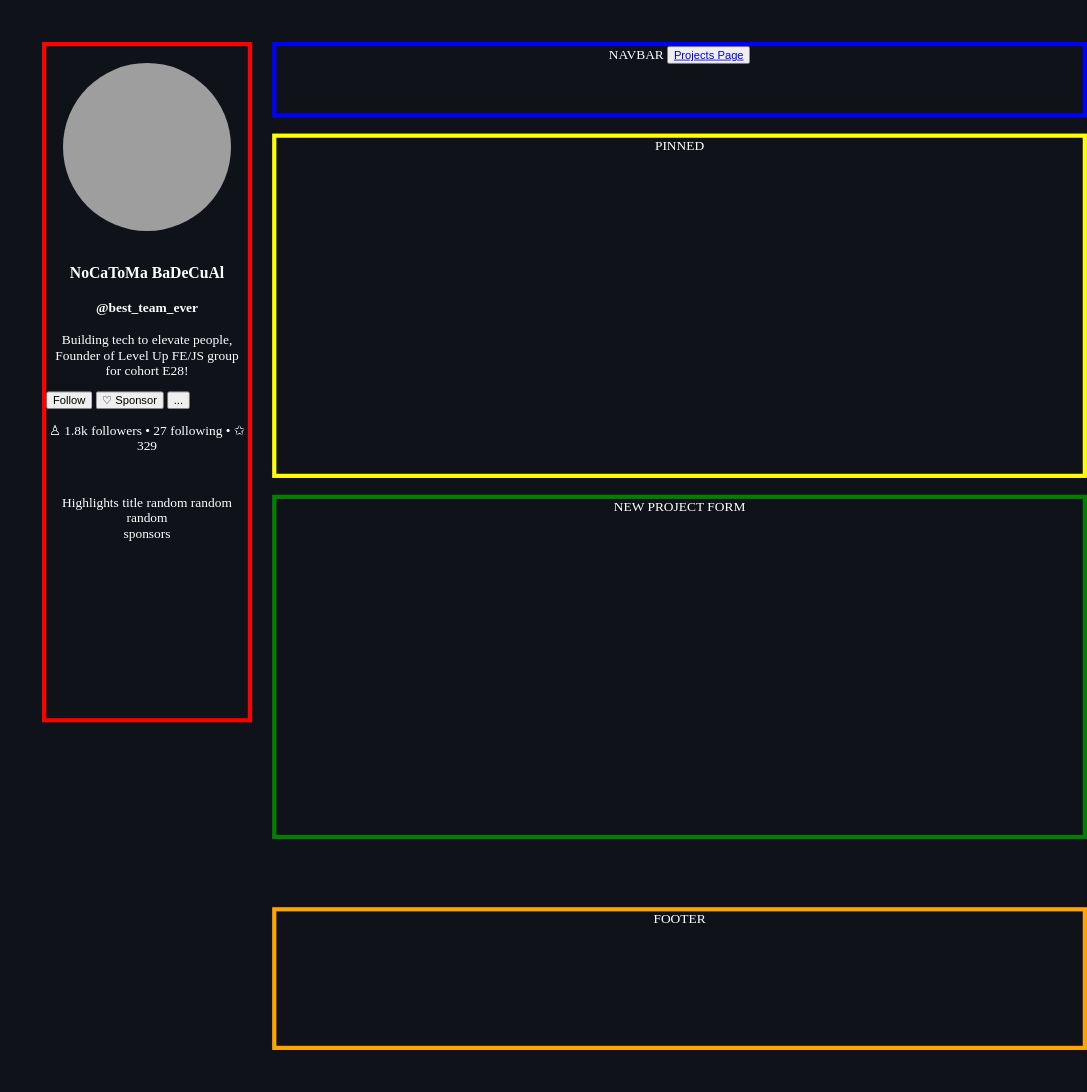
Repository: nss-evening-cohort-28/nss-evening-cohort-28-classroom-gitsub-Q1-project-gitsub
Page: index.html
An editor plug-in stored every save of this project. The page is shown before and after the next save, followed by the edit.
The browser window is 1280 px wide. The page is 1294 px wide, so the pictures cover 1294 px, including what lies to the right of the window. The pictures show the whole page, at 84% of full size.
Pictures or frames that could not be fetched are drawn as grey boxes.

Above is the page before, as saved 2024-08-07 20:12:11.

### index.html
<!DOCTYPE html>
<html lang="en">
<head>
    <meta charset="UTF-8">
    <meta name="viewport" content="width=device-width, initial-scale=1.0">
    <link rel="stylesheet" href="main.css">
    <title>Document</title>
</head>
<body>
    <div class="flexContainer">
        <div class="profile">
          <div class="top-section">
            <img src="https://media.tenor.com/GliBTZeL1kQAAAAM/%D0%BC%D0%BE%D0%B9-%D0%B4%D0%B5%D0%B4.gif" class="card-img-top" >
            <div>
            <h3>NoCaToMa BaDeCuAl</h3>
            <h4>@best_team_ever</h4>
            <p>Building tech to elevate people, Founder of Level Up FE/JS group for cohort E28!</p>
            </div>
            <div class="profile-section-buttons">
              <div class="d-grid gap-2 d-md-block">
                <button class="btn btn-primary" type="button">Follow</button>
                <button class="btn btn-primary" type="button">♡ Sponsor</button>
                <button class="btn btn-primary" type="button">...</button>
              </div>
            </div>
            <div class="profile-section-body">
              <p>♙ 1.8k followers • 27 following • ✩ 329</p>
              <br>
              <p></p>
            </div>
          </div>
          <div class="middle-section">
            Highlights title
            random
            random
            random
          </div>
          <div class="bottom-section">
            sponsors
          </div>
        </div>
        <div class="flexContainer">
            <div class="navBar">NAVBAR
              <button><a href="projects.html">
                Projects Page
              </a></button>
            </div>
            <div class="pinned">PINNED</div>
            <div class="newProject">NEW PROJECT FORM</div>
            <div class="footer">FOOTER</div>
        </div>
    </div>
    <script src="main.js"></script>
</body>
</html>

### main.css
body {
    background-color: #0F1218;
    text-align: center;
    margin: 50px;
    width: 1200px;
    color: white;
}

.flexContainer {
    display: flex;
    flex-wrap: wrap;
    flex-direction: column;
    max-width: 75rem;
    height: 75rem;
    gap: 2%;
}

.profile {
    border: 5px solid red;
    width: 15rem;
    height: 50rem;
}

.navBar {
    border: 5px solid blue;
    width: 60rem;
    height: 5rem;
}

.pinned {
    border: 5px solid yellow;
    width: 60rem;
    height: 25rem;
    margin-top: 2%;
}

.newProject {
    border: 5px solid green;
    width: 60rem;
    height: 25rem;
    margin-top: 2%;
}

.footer {
    border: 5px solid orange;
    width: 60rem;
    height: 10rem;
    margin-top: auto;
    align-self: flex-end;
}

#footerContainer {
    display: flex;
    align-self: flex-end;

}

/* Noah Styling: Profile Section Start*/

.top-section {
    display: flex;
    flex-wrap: wrap;
    justify-content: flex-start;
}

.card-img-top {
    display: flex;
    flex-wrap: wrap;
    justify-content: space-around;
    border-radius: 50%;
    height: 200px;
    width: 200px;
    margin: 20px;
  }


/* Noah Styling: Profile Section End */

Loaded but not shown: main.js (no copy from this time; the picture is the same without it)

After the next save:
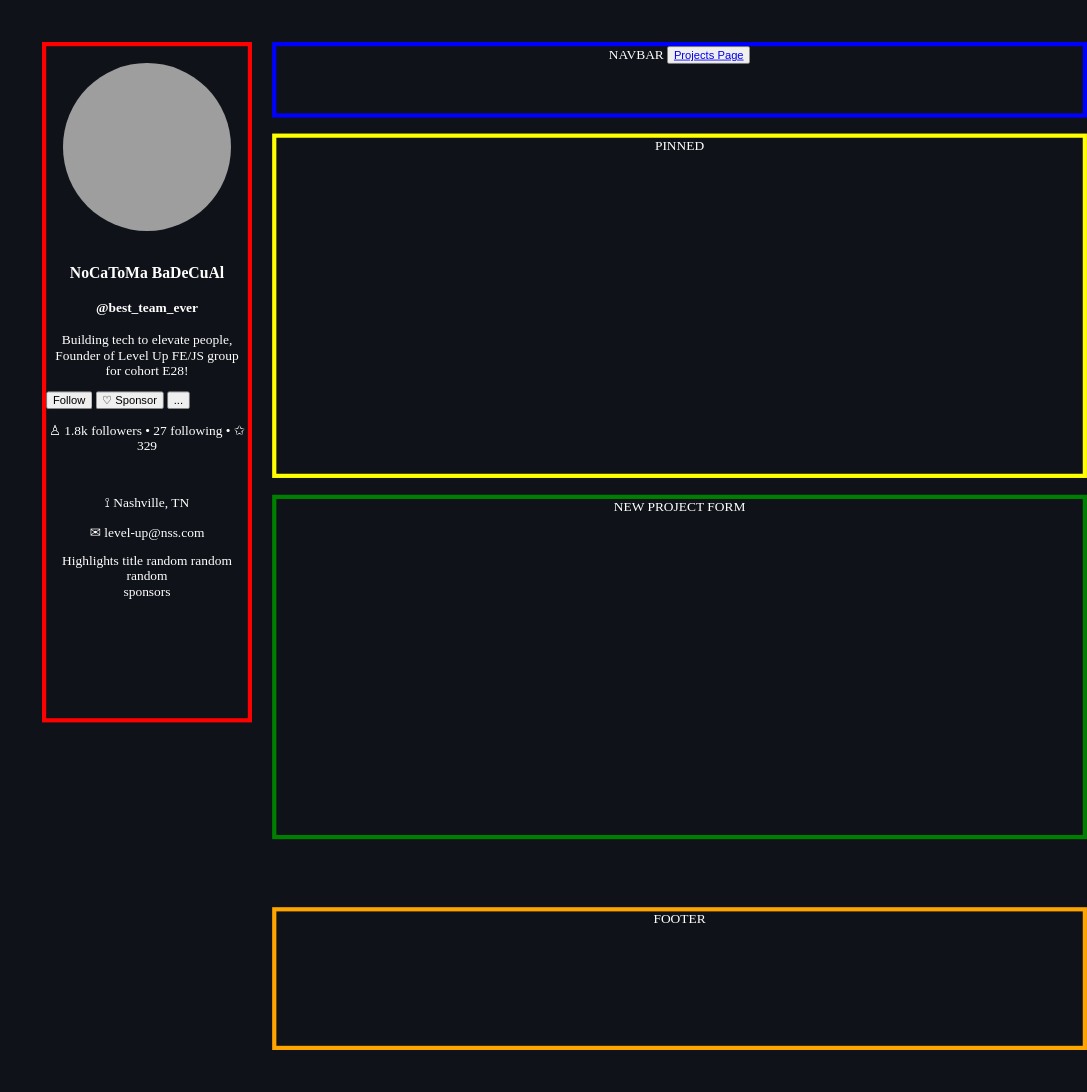
Saved 4 min 51 s later.
--- a/index.html
+++ b/index.html
@@ -26,7 +26,8 @@
             <div class="profile-section-body">
               <p>♙ 1.8k followers • 27 following • ✩ 329</p>
               <br>
-              <p></p>
+              <p>⟟ Nashville, TN</p>
+              <p>✉ level-up@nss.com</p>
             </div>
           </div>
           <div class="middle-section">
